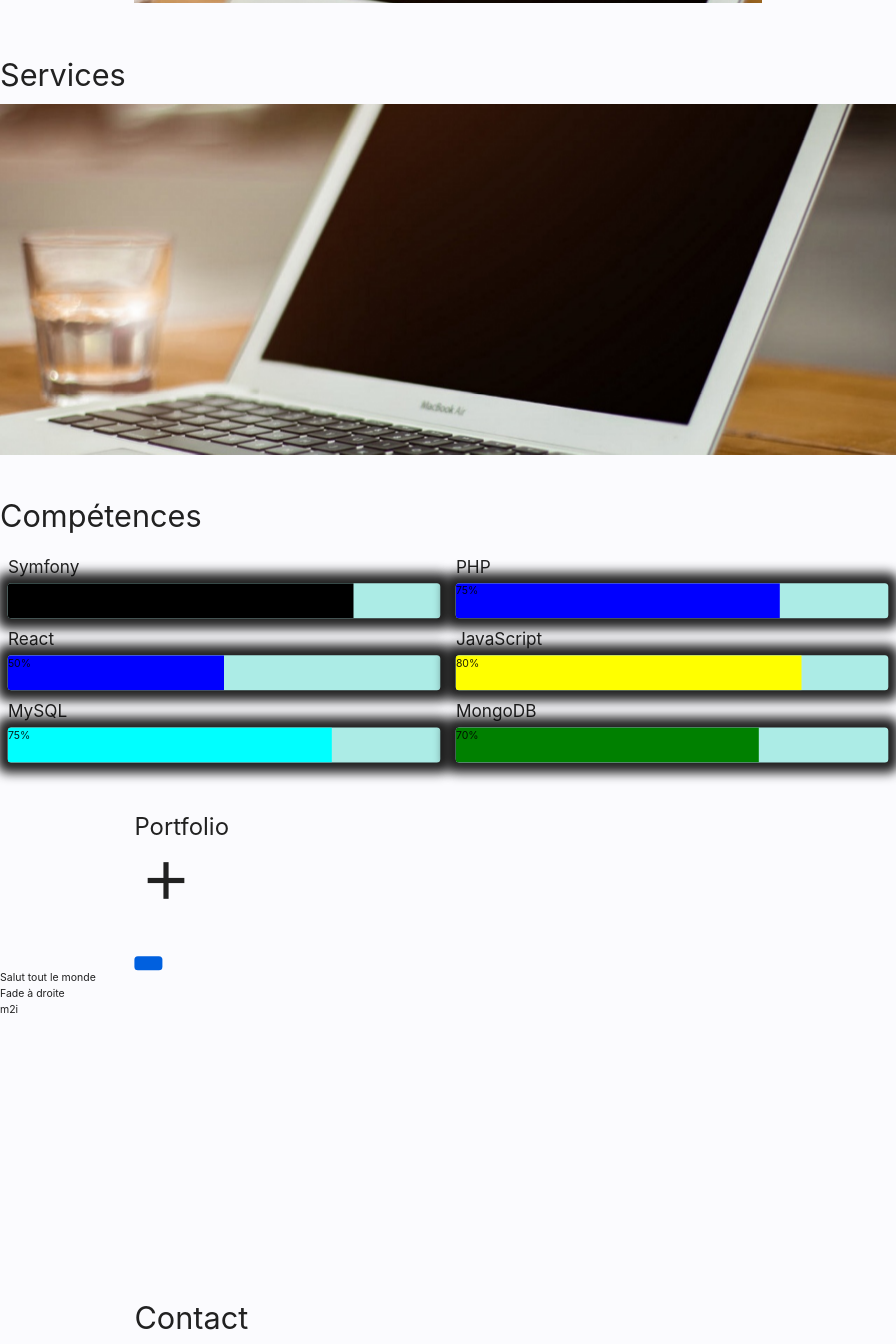
Repository: duncanidaho14/mavitrine
Page: index.html
An editor plug-in stored every save of this project. The page is shown before and after a run of saves, followed by the edit.
The browser window is 1280 px wide. The pictures show the part of the page from y = 1233 to 3153 px (the page is 4178 px tall), at 70% of full size.

Above is the page before, as saved 2021-06-15 19:33:51.

After the next 3 saves:
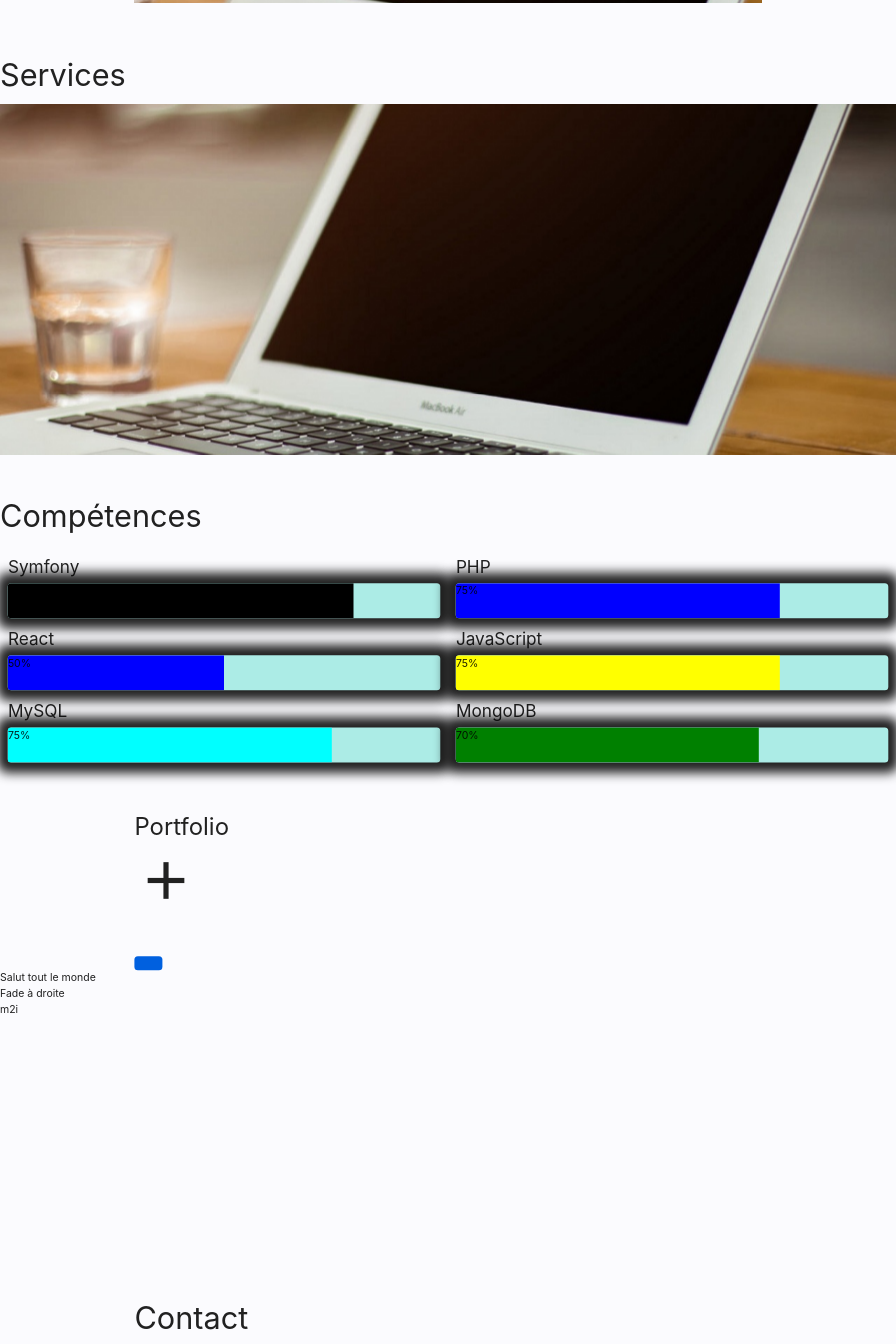
The 3 saves are shown as one change because they came seconds apart.
The last was saved 13 s later.
--- a/index.html
+++ b/index.html
@@ -119,7 +119,7 @@
                     </div>
                     <h5 class="title-five">JavaScript</h5>
                     <div class="progress bar">
-                        <div class="determinate javascript" data-done="80">80%</div>
+                        <div class="determinate javascript" data-done="75">75%</div>
                     </div>
                     <h5 class="title-five">MongoDB</h5>
                     <div class="progress bar">
